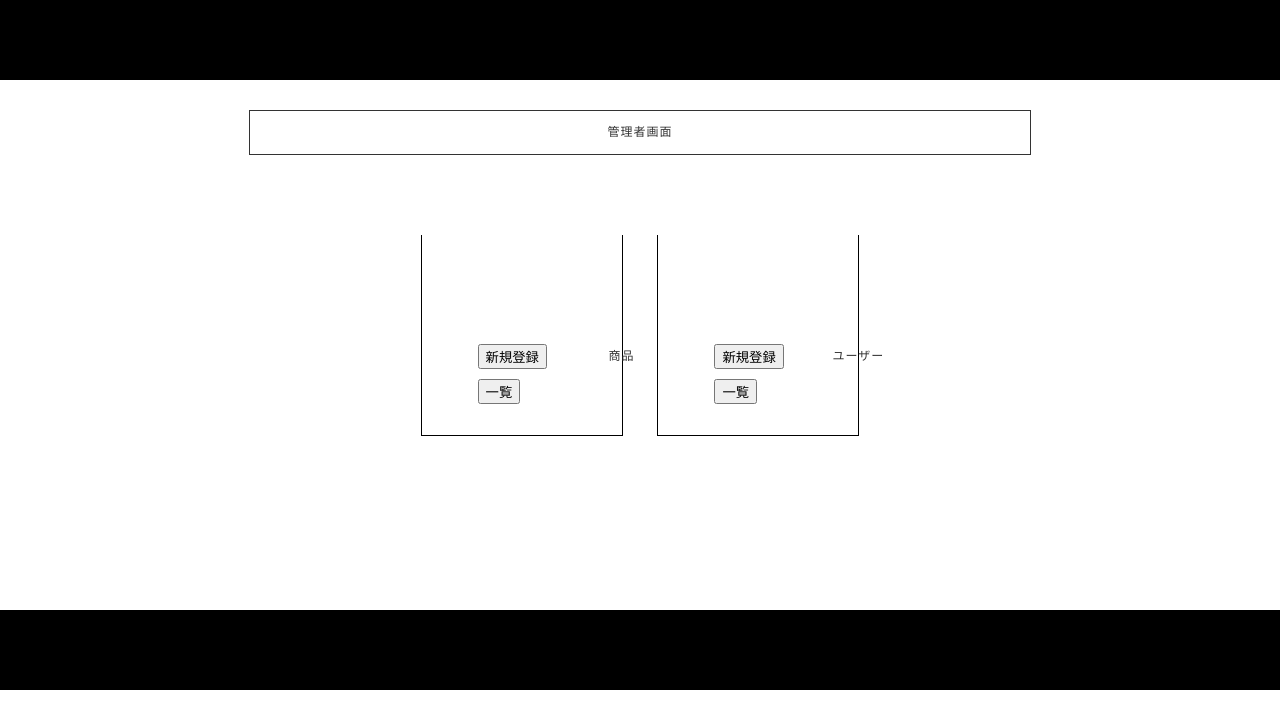
Repository: hiraide8/test
Page: http://localhost/ecsite/admin.jsp
An editor plug-in stored every save of this project. The page is shown before and after the next save, followed by the edit.
The browser window is 1280 px wide. The pictures show the whole page.
The page is served by Tomcat 9.

Above is the page before, as saved 2019-01-23 11:54:04.

After the next save:
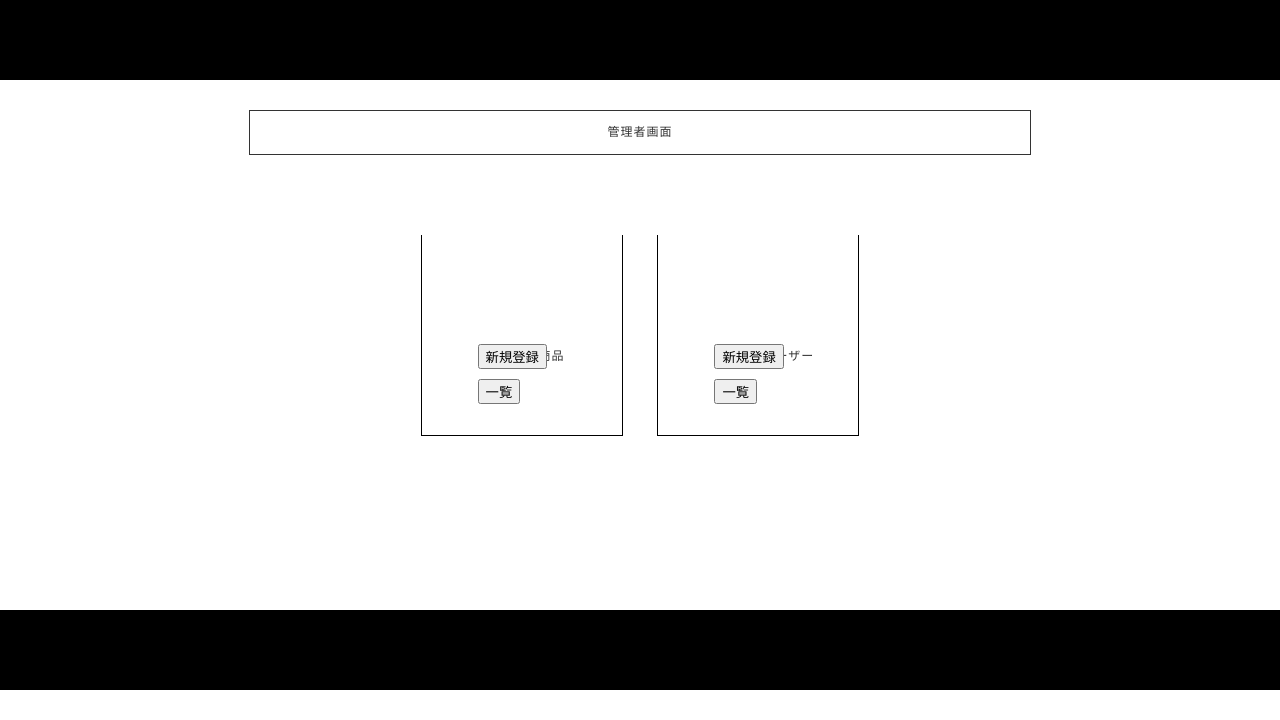
Saved 53 s later.
--- a/ecsite/WebContent/admin.jsp
+++ b/ecsite/WebContent/admin.jsp
@@ -66,7 +66,7 @@
                 .bbb{
                   position:relative;
                   top:100px;
-                  left:100px;
+                  left:30px;
                 }
        </style>
 </head>
